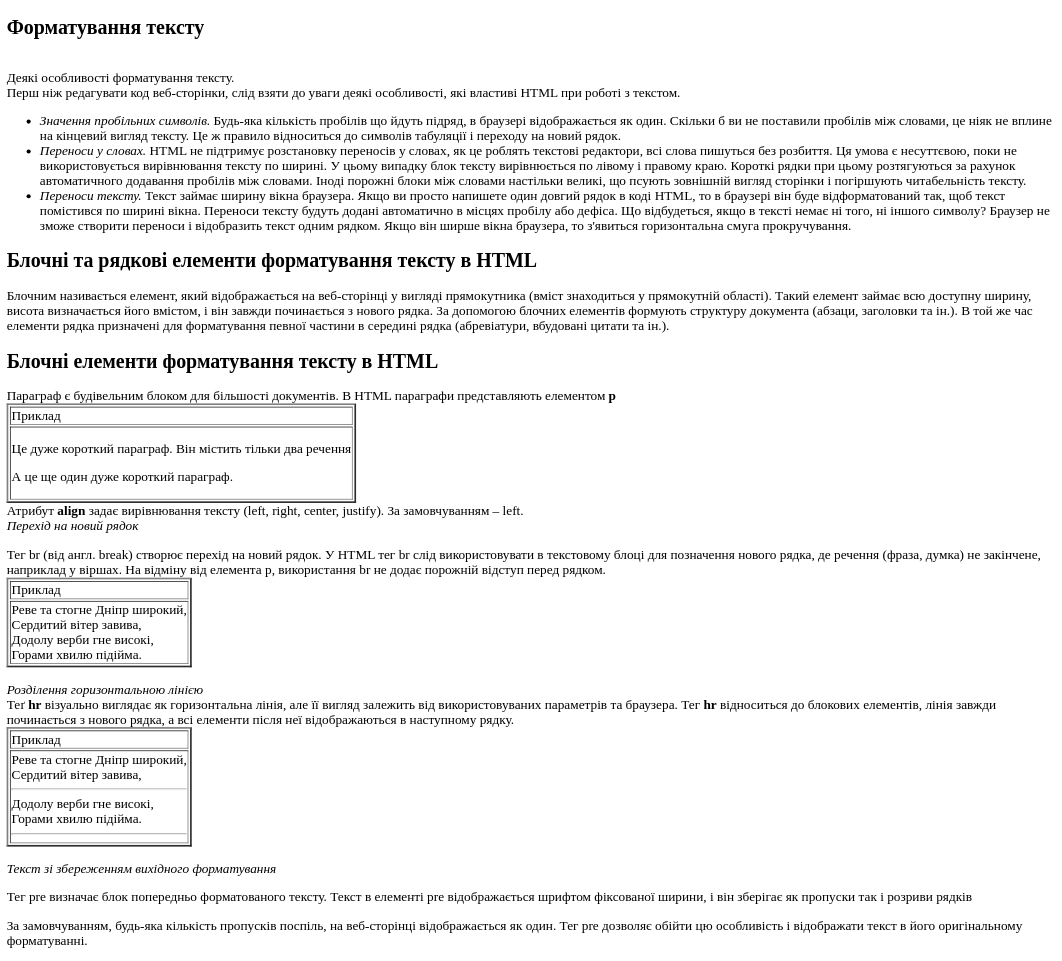
Repository: KseniaMakara/Web
Page: Web/directory.html
An editor plug-in stored every save of this project. The page is shown before and after the next save, followed by the edit.
The browser window is 1280 px wide. The pictures show the whole page, at 83% of full size.

Above is the page before, as saved 2021-02-15 16:54:20.

After the next save:
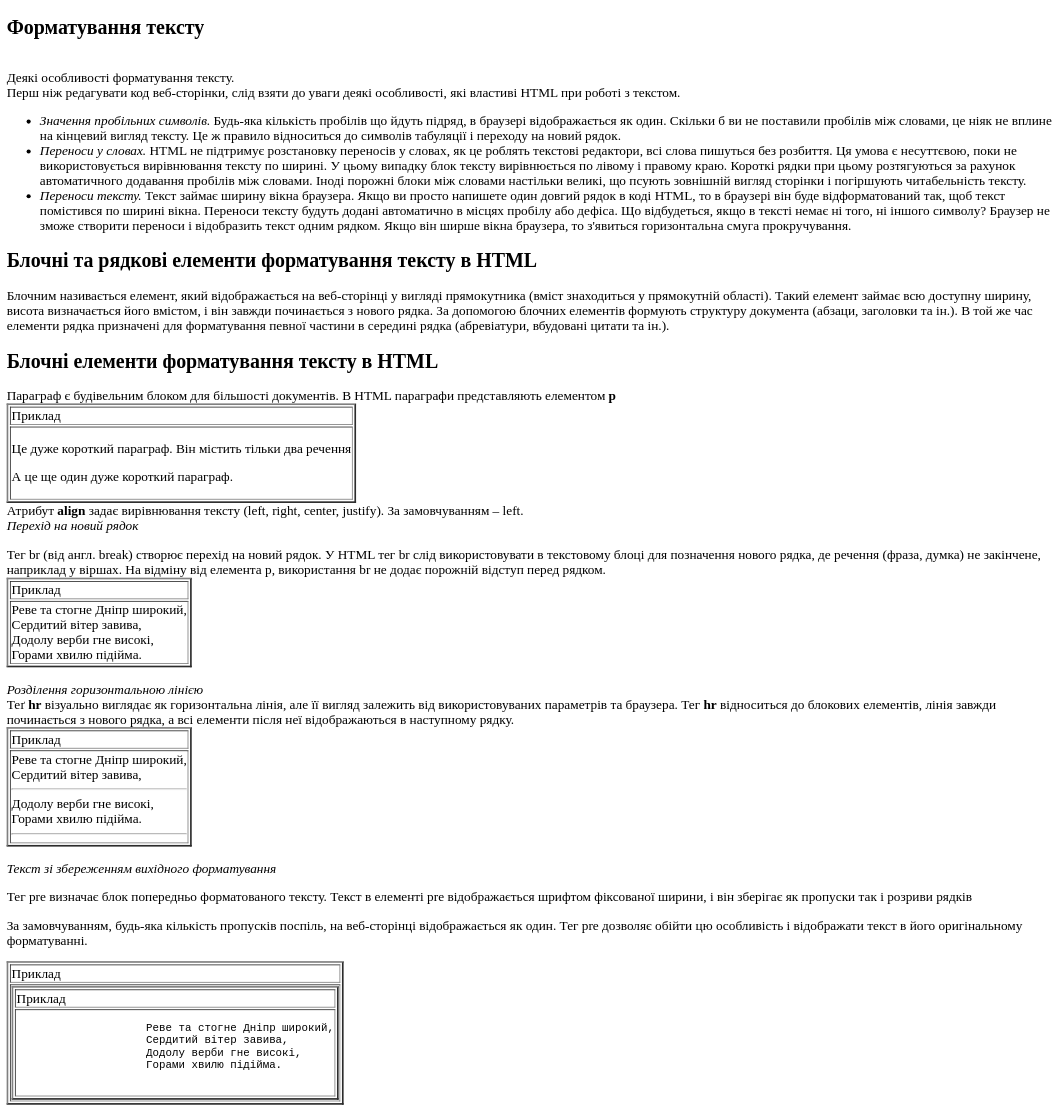
Saved 3 min 14 s later.
--- a/Web/directory.html
+++ b/Web/directory.html
@@ -104,6 +104,28 @@ br слід використовувати в текстовому блоці д
 відображається як один. Тег pre дозволяє обійти цю особливість і
 відображати текст в його оригінальному форматуванні.
 </p>
+<table border = "2px">
+    <tr>
+        <td> Приклад </td>
+
+    </tr>
+    <tr>
+        <td> <table border = "2px">
+            <tr>
+                <td> Приклад </td>
+
+            </tr>
+            <tr>
+                <td> <pre>
+                    Реве та стогне Дніпр широкий,
+                    Сердитий вітер завива,
+                    Додолу верби гне високі,
+                    Горами хвилю підійма.
+                    </pre></td>
+            </tr>
+
+</table>
+
 
 </body>
     </html>
